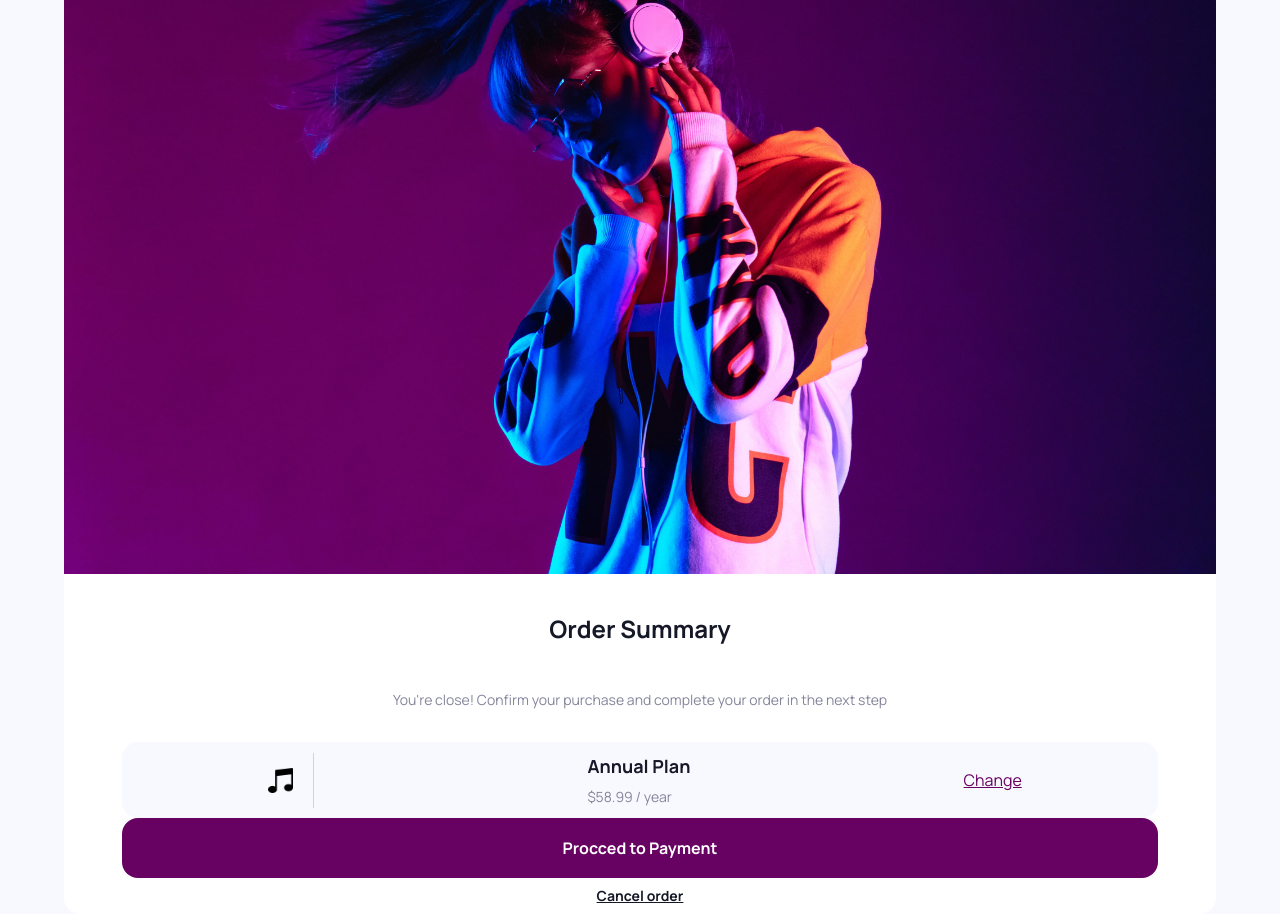
Repository: ssynowiec/INVO-Academy-solution
Page: /
The author's editor kept a copy of each file at every save. The page is drawn from the files as they stood at one save, then again after the next save.
The browser window is 1280 px wide. The pictures show the whole page.
The project was rebuilt for these pictures with package versions that can differ from the ones it lists, and the page was loaded fresh each time.

Above is the page before, as saved 2023-03-04 20:19:59.

After the next save:
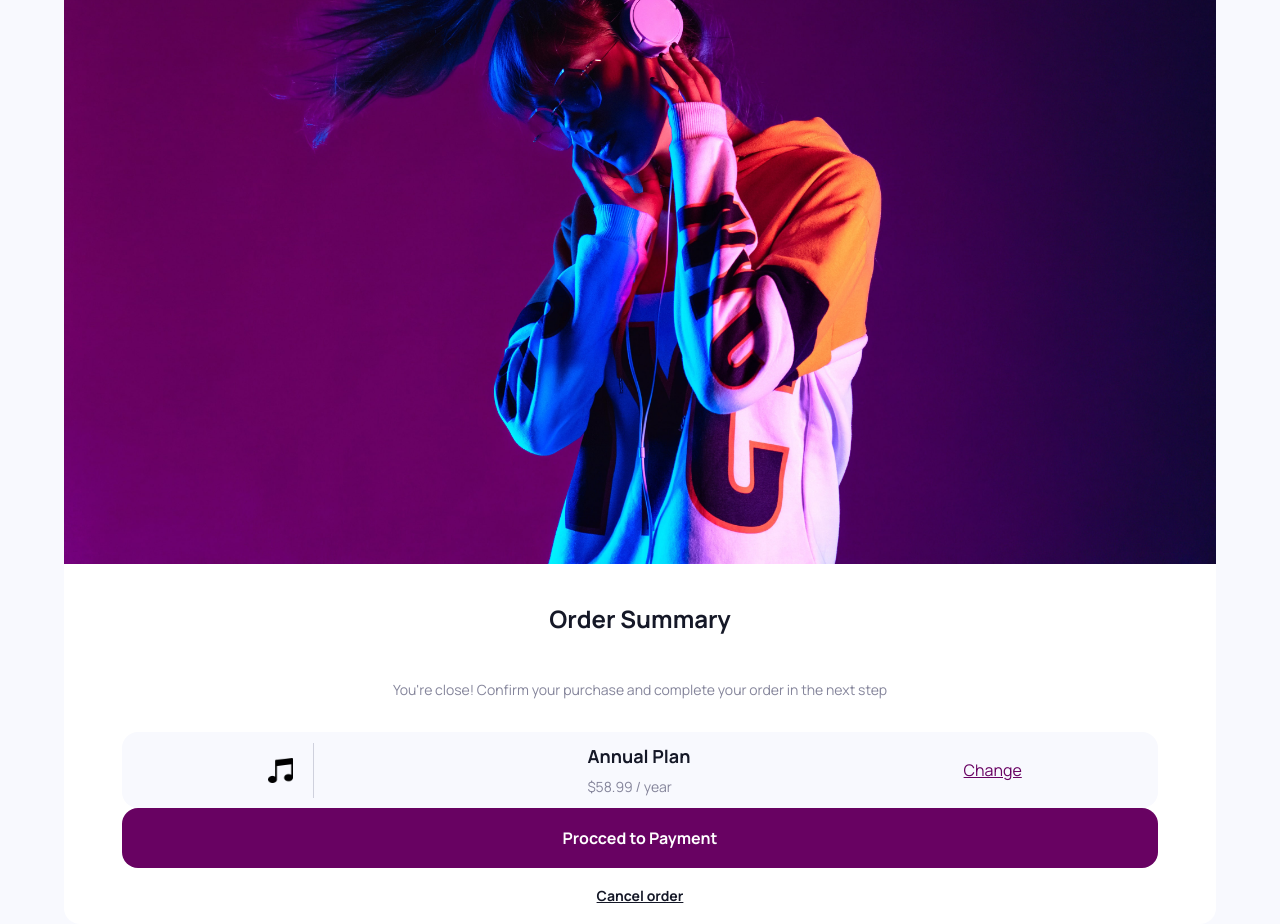
Saved 6 s later.
--- a/src/pages/home-page/styles/home-page.scss
+++ b/src/pages/home-page/styles/home-page.scss
@@ -74,7 +74,7 @@
 
 	&-link {
 		letter-spacing: -1%;
-		padding: 10px 0;
+		padding: 20px 0;
 		font-size: 14px;
 		font-weight: bold;
 		color: var(--color-title);
